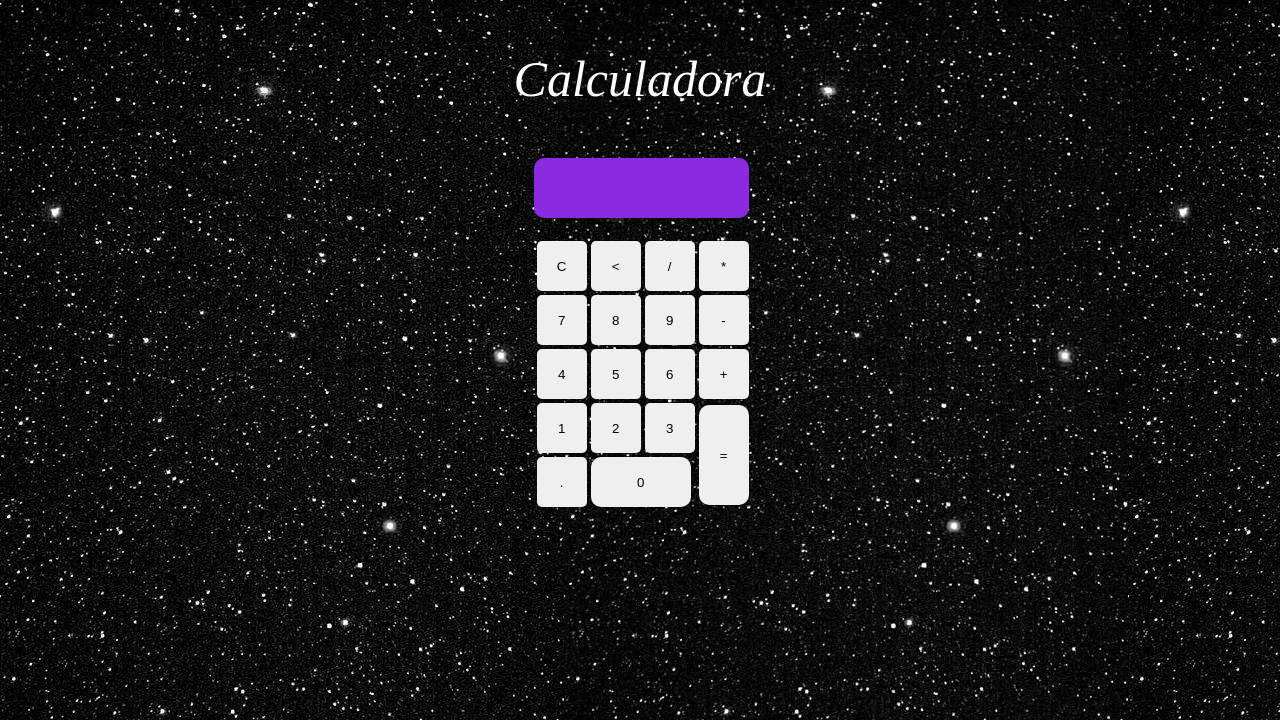
Repository: mariele-huff/calculadora
Page: index.html
These files come from the project's save history. The page is drawn as it stood at one moment and after the next save; the edit follows.
The browser window is 1280 px wide. The pictures show the whole page.

Above is the page before, as saved 2022-08-14 18:46:13.

After the next save:
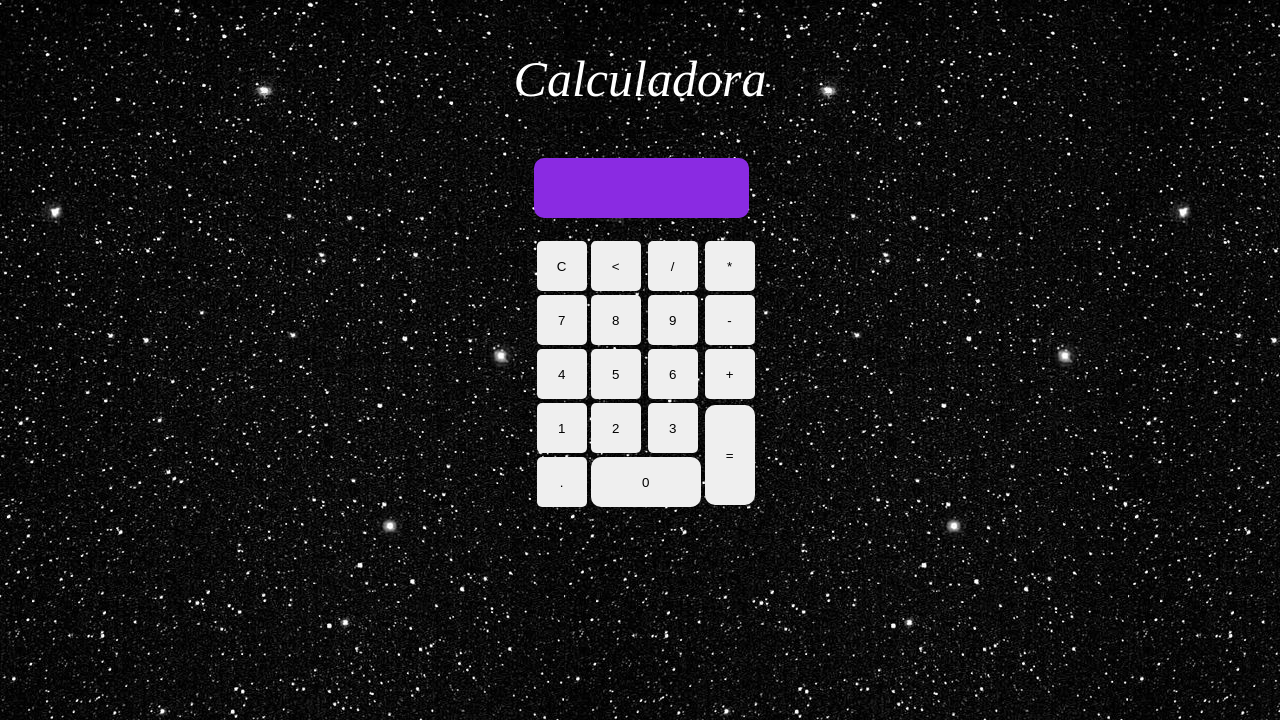
Saved 48 s later.
--- a/style.css
+++ b/style.css
@@ -45,7 +45,7 @@ body {
 
 .botao1 {
     height: 50px;
-    width: 100px;
+    width: 110px;
     border-radius: 10px;
     border-width: inherit;
 
